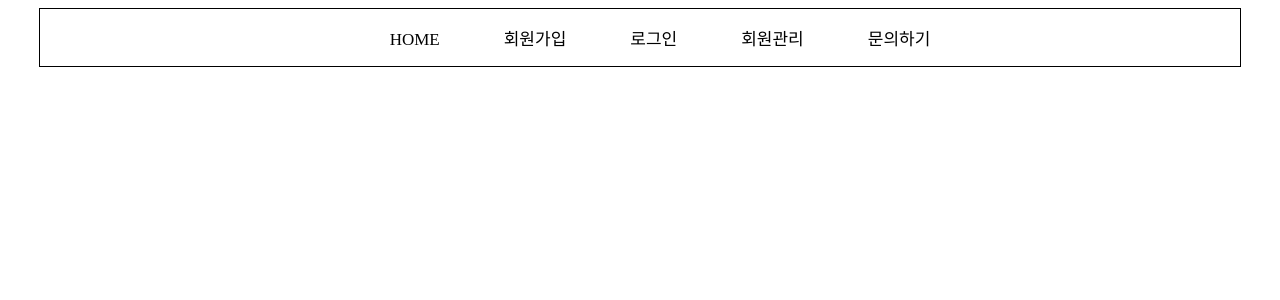
Repository: ceooyh/JSP
Page: http://localhost/memberProject/쌤의코드/template/header2.jsp
The author's editor kept a copy of each file at every save. The page is drawn from the files as they stood at one save, then again after the next save.
The browser window is 1280 px wide. The pictures show the whole page.
The page is served by Tomcat 9. Other server files are loaded and not shown.

Above is the page before, as saved 2020-12-30 07:31:07.

### memberProject/WebContent/쌤의코드/template/header2.jsp
<%@ page language="java" contentType="text/html; charset=UTF-8"
    pageEncoding="UTF-8"%>
<!-- 메뉴부분 -->
<style>
	nav {
		width:1200px;
		margin:0 auto;/* 가운데 정렬  */
		border:1px solid black;
		text-align: center;
	}
	ul{
		list-style-type: none;
		height: auto;
		display: inline-block;
	}
	li{
		display: inline-block;
	}
	#menu_bar a:link,#menu_bar a:visited {
		color:black;
		text-decoration: none;
		font-size: 17px;
		text-align: center;
		padding: 20px 30px;
	}
</style>
<nav id="menu_bar">
	<ul>
		<li><a href="main.jsp">HOME</a></li>
		<li><a href="register.jsp">회원가입</a></li>
		<li><a href="login.jsp">로그인</a></li>
		<li><a href="#">회원관리</a></li>
		<li><a href="#">문의하기</a></li>
	</ul>
</nav>

After the next save:
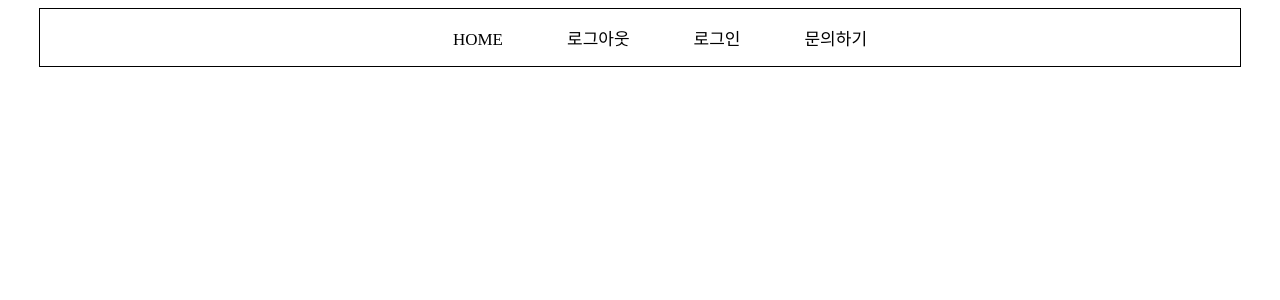
Saved 5 min 38 s later.
--- a/memberProject/WebContent/쌤의코드/template/header2.jsp
+++ b/memberProject/WebContent/쌤의코드/template/header2.jsp
@@ -27,9 +27,8 @@
 <nav id="menu_bar">
 	<ul>
 		<li><a href="main.jsp">HOME</a></li>
-		<li><a href="register.jsp">회원가입</a></li>
+		<li><a href="register.jsp">로그아웃</a></li>
 		<li><a href="login.jsp">로그인</a></li>
-		<li><a href="#">회원관리</a></li>
 		<li><a href="#">문의하기</a></li>
 	</ul>
 </nav>
